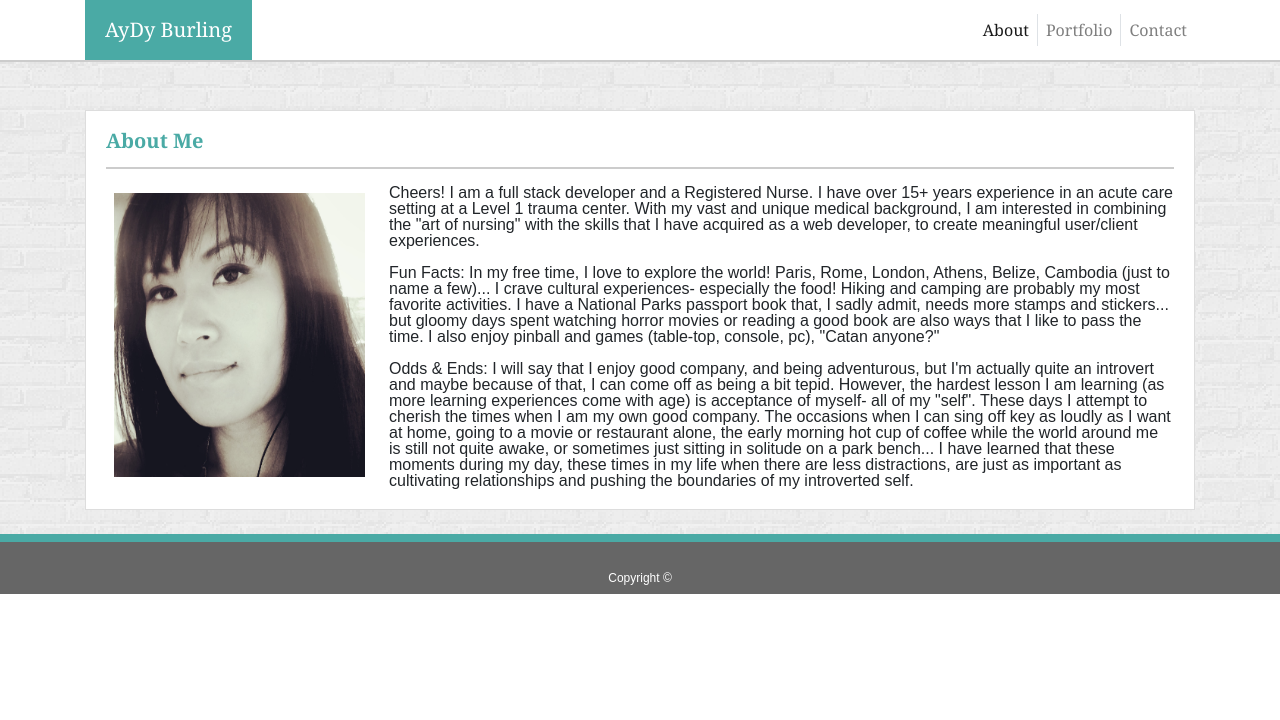
Repository: Dee1985/AyDy-Burling-prework
Page: Module-1_Assessment/index.html
An editor plug-in stored every save of this project. The page is shown before and after the next save, followed by the edit.
The browser window is 1280 px wide. The pictures show the whole page.

Above is the page before, as saved 2020-05-22 22:14:01.

After the next save:
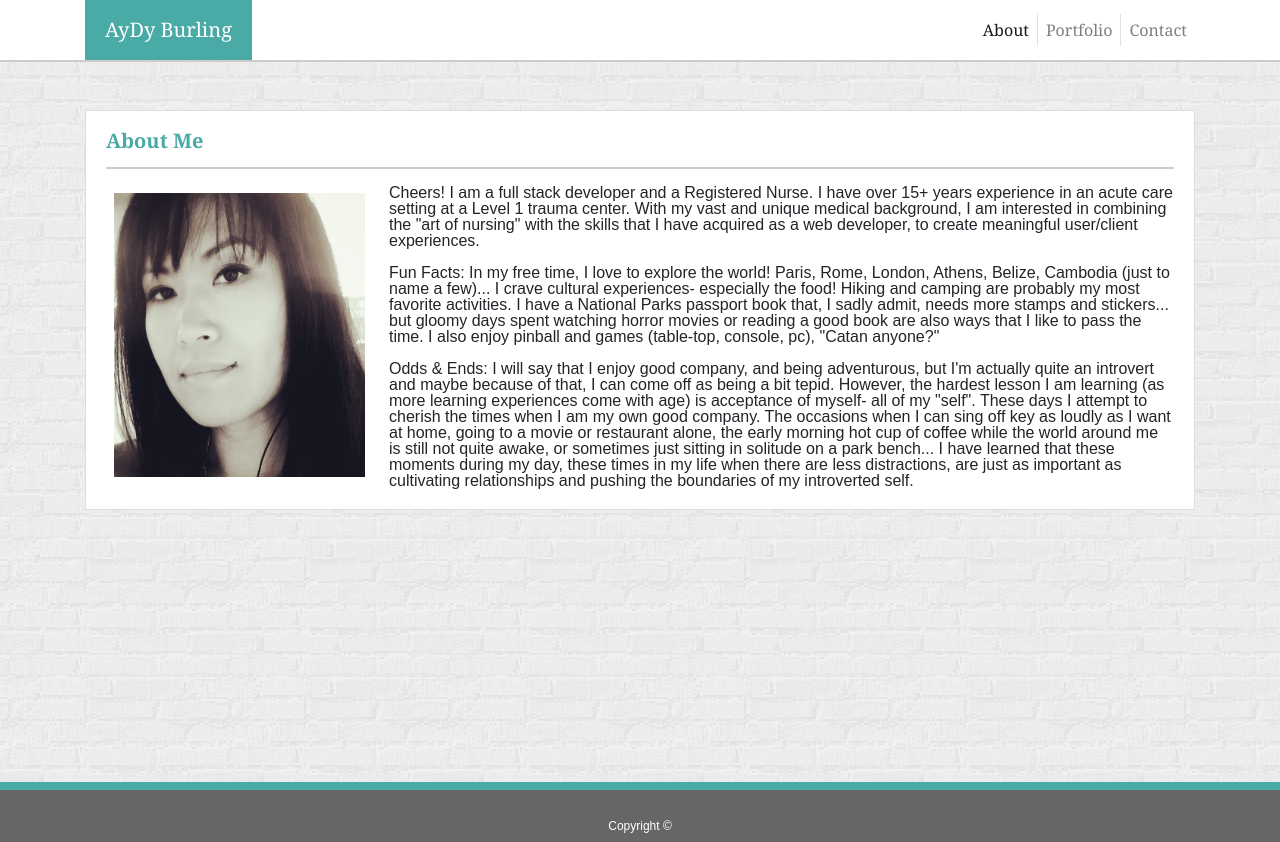
Saved 12 s later.
--- a/Module-1_Assessment/assets/css/style.css
+++ b/Module-1_Assessment/assets/css/style.css
@@ -7,7 +7,7 @@
 section {
 	/* https://www.toptal.com/designers/subtlepatterns/?s=brick */
 	background-image: url('../img/brickwall_@2X.png');
-	height: 100vh
+	height: 100vh;
 	background-position: center;
 	overflow: auto;
 }
